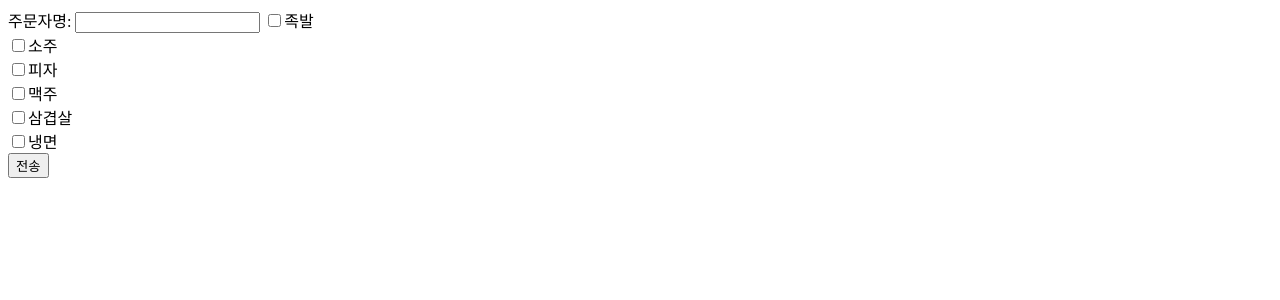
Repository: hwimi/2024-04-12
Page: http://localhost/jstl_study/step-6.jsp
The author's editor kept a copy of each file at every save. The page is drawn from the files as they stood at one save, then again after the next save.
The browser window is 1280 px wide. The pictures show the whole page.
The page is served by Tomcat 9. Other server files are loaded and not shown.

Above is the page before, as saved 2024-04-11 05:13:20.

### jstl_study/src/main/webapp/step-6.jsp
<%@ page language="java" contentType="text/html; charset=UTF-8"
    pageEncoding="UTF-8"%>
<!DOCTYPE html>
<html>
<head>
<meta charset="UTF-8">
<title>Insert title here</title>
</head>
<body>
 <!-- 메뉴판을 체크박스 형태로 만들어서 step-7.jsp로전송  -->
 <!-- step-7.jsp에서 주문명을 어떤 메뉴를 주문했는지 출력 -->
 <form action="step-7.jsp">
 	주문자명: <input type="text" name="customer">
 	<input type="checkbox" name="food" value="족발">족발<br>
	<input type="checkbox" name="food" value="소주">소주<br>
	<input type="checkbox" name="food" value="피자">피자<br>
	<input type="checkbox" name="food" value="맥주">맥주<br>
	<input type="checkbox" name="food" value="삼겹살">삼겹살<br>
	<input type="checkbox" name="food" value="냉면">냉면<br>
	<button type="submit">전송</button>
 </form>
</body>
</html>

After the next save:
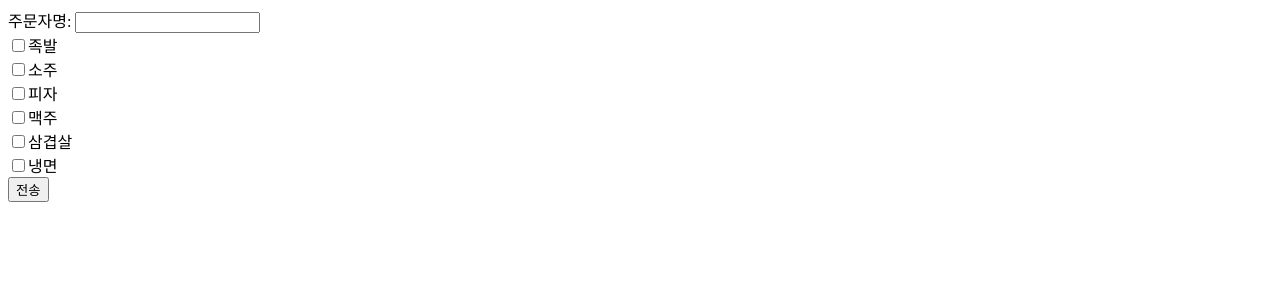
Saved 18 s later.
--- a/jstl_study/src/main/webapp/step-6.jsp
+++ b/jstl_study/src/main/webapp/step-6.jsp
@@ -10,7 +10,7 @@
  <!-- 메뉴판을 체크박스 형태로 만들어서 step-7.jsp로전송  -->
  <!-- step-7.jsp에서 주문명을 어떤 메뉴를 주문했는지 출력 -->
  <form action="step-7.jsp">
- 	주문자명: <input type="text" name="customer">
+ 	주문자명: <input type="text" name="customer"><br>
  	<input type="checkbox" name="food" value="족발">족발<br>
 	<input type="checkbox" name="food" value="소주">소주<br>
 	<input type="checkbox" name="food" value="피자">피자<br>
